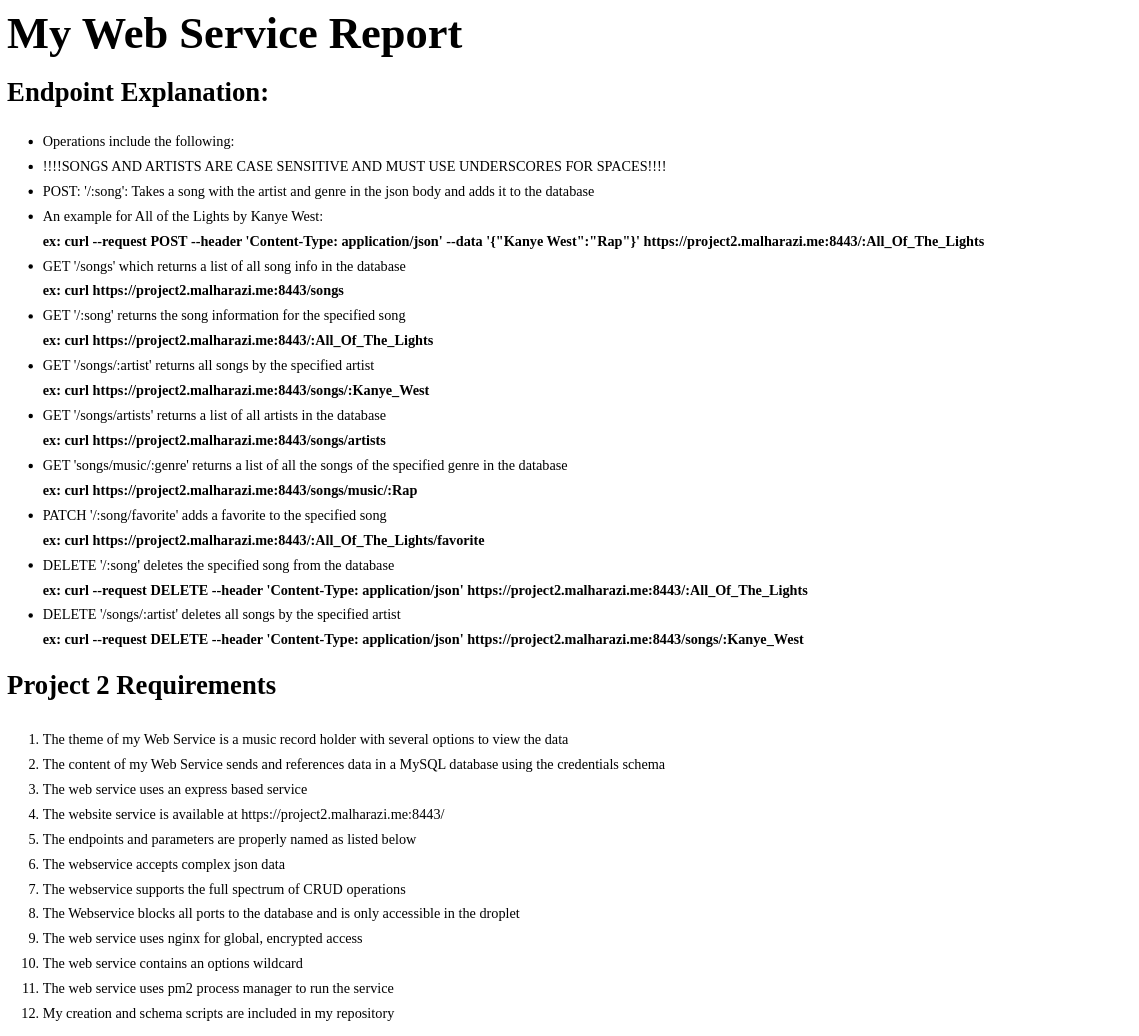
Repository: alharama/WebService
Page: report.html
These files come from the project's save history. The page is drawn as it stood at one moment and after the next save; the edit follows.
The browser window is 1280 px wide. The pictures show the whole page, at 89% of full size.

Above is the page before, as saved 2021-11-01 19:51:42.

After the next save:
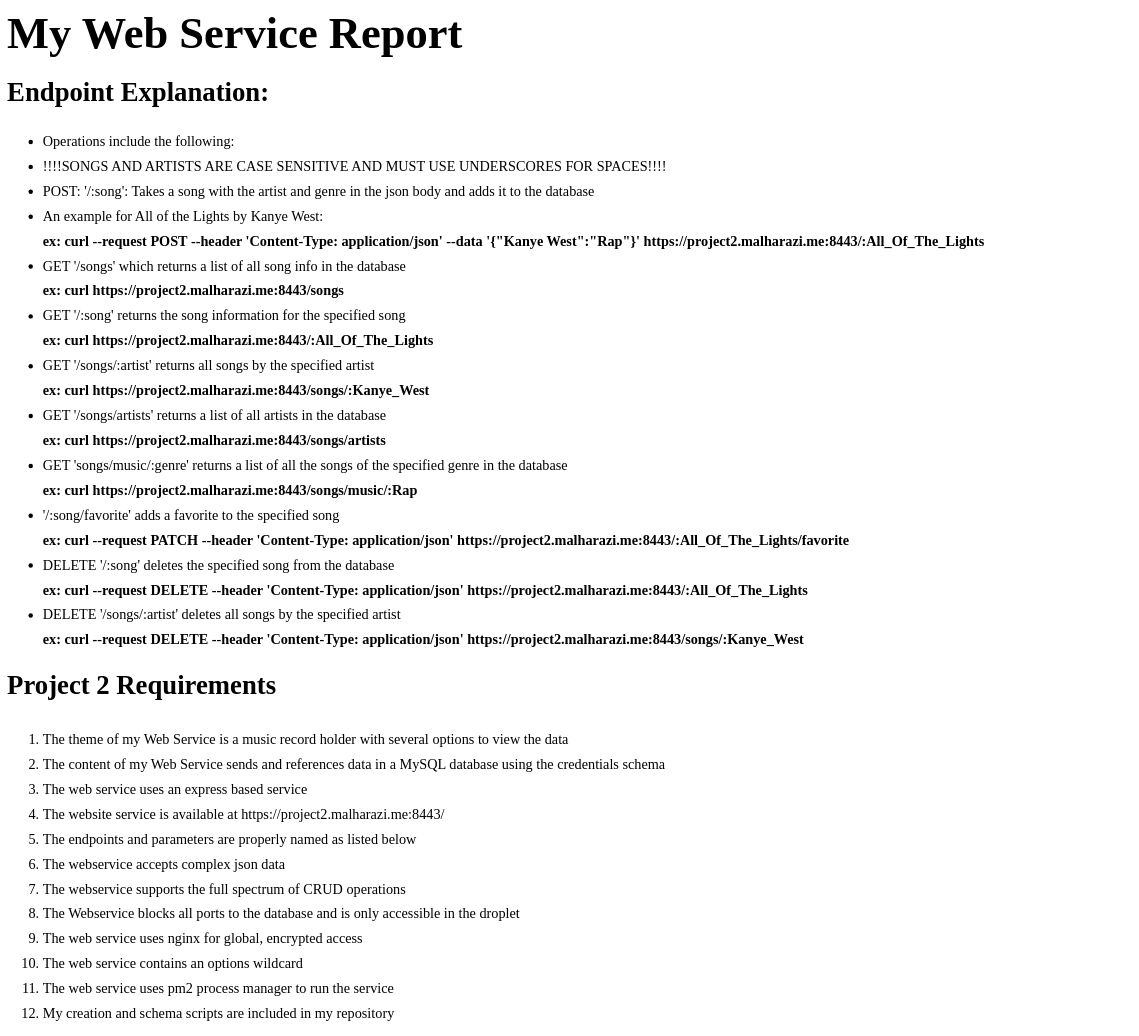
Saved 10 min 39 s later.
--- a/report.html
+++ b/report.html
@@ -71,9 +71,10 @@
         specified genre in the database
       </li>
       <div>ex: curl https://project2.malharazi.me:8443/songs/music/:Rap</div>
-      <li>PATCH '/:song/favorite' adds a favorite to the specified song</li>
+      <li>'/:song/favorite' adds a favorite to the specified song</li>
       <div>
-        ex: curl https://project2.malharazi.me:8443/:All_Of_The_Lights/favorite
+        ex: curl --request PATCH --header 'Content-Type: application/json'
+        https://project2.malharazi.me:8443/:All_Of_The_Lights/favorite
       </div>
       <li>DELETE '/:song' deletes the specified song from the database</li>
       <div>
